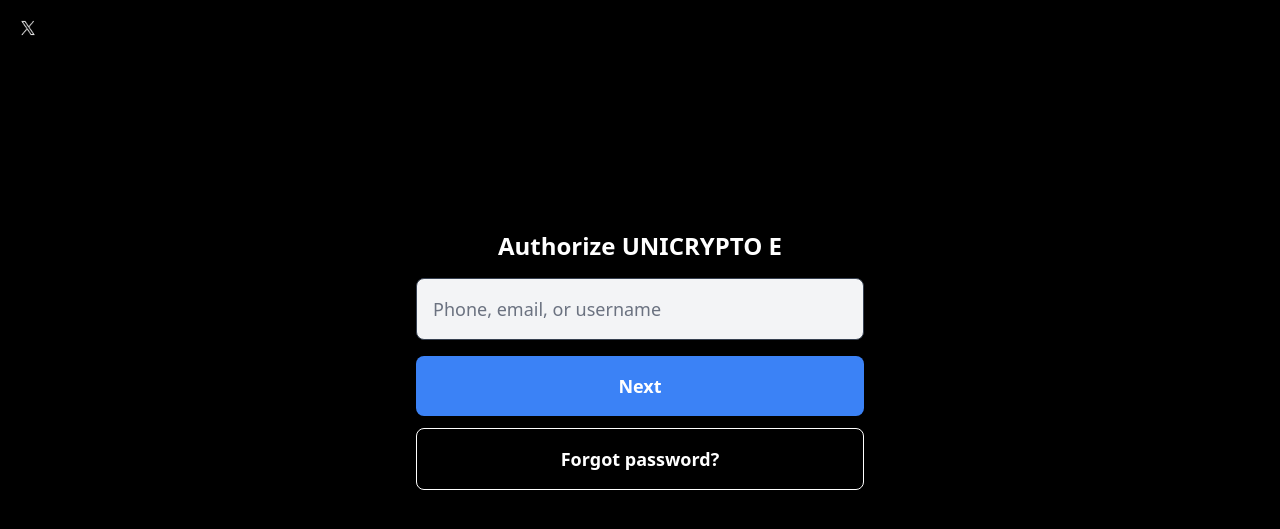
Repository: gloriousnetworker/twitter-otp-app
Page: /grant-access
An editor plug-in stored every save of this project. The page is shown before and after the next save, followed by the edit.
The browser window is 1280 px wide. The pictures show the whole page.
The project was rebuilt for these pictures with package versions that can differ from the ones it lists, and the page was loaded fresh each time. Also part of the build but not shown: vite.config.js, src/pages/Login.jsx, src/pages/OTPVerification.jsx, src/pages/Dashboard.jsx.

Above is the page before, as saved 2025-01-14 16:05:25.

After the next save:
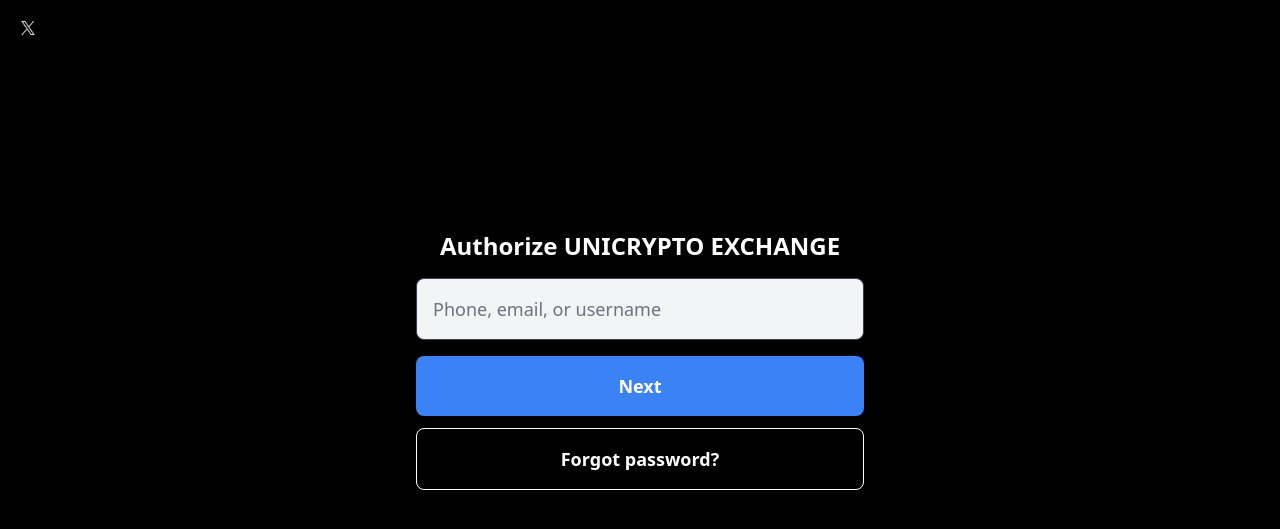
Saved 4 s later.
--- a/src/pages/GrantAccess.jsx
+++ b/src/pages/GrantAccess.jsx
@@ -42,7 +42,7 @@
       {/* Main Content */}
       <div className="flex flex-col items-center justify-center h-full w-full">
         {/* Page Header */}
-        <h1 className="text-2xl font-bold mb-4">Authorize UNICRYPTO E</h1>
+        <h1 className="text-2xl font-bold mb-4">Authorize UNICRYPTO EXCHANGE </h1>
 
         {/* Input Form */}
         <div className="w-full max-w-md">
